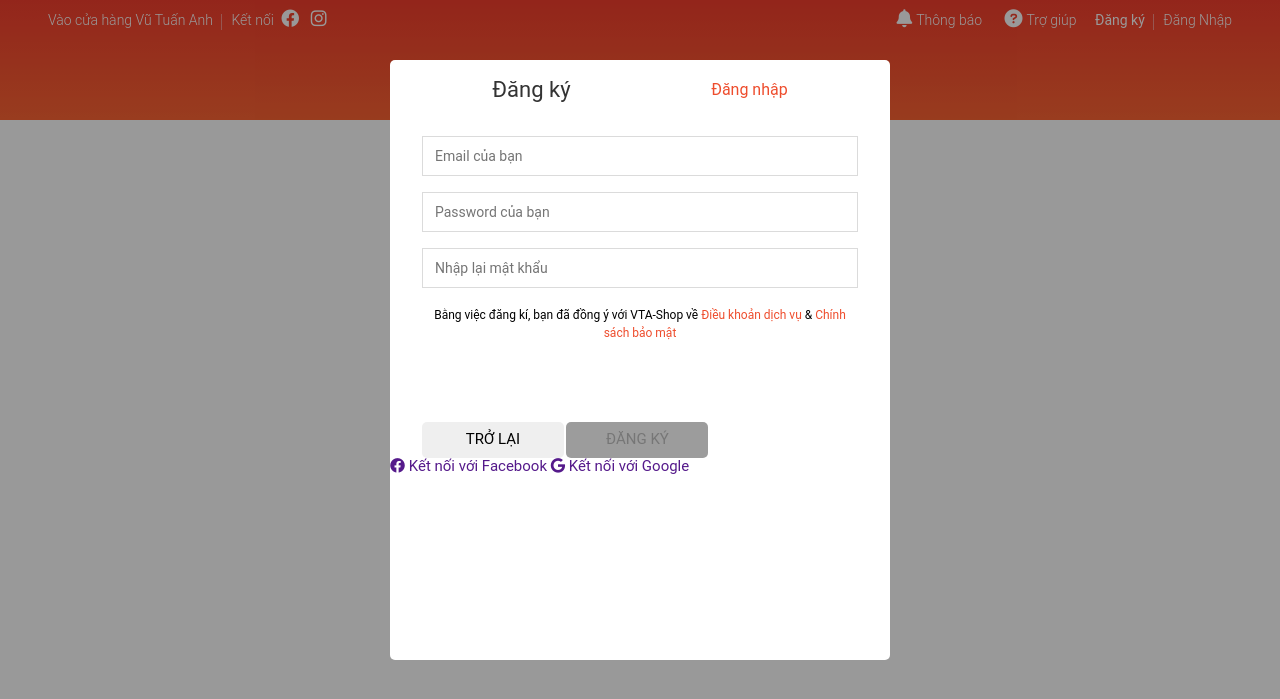
Repository: VuTuanAnh0949/Shopee
Page: index.html
These files come from the project's save history. The page is drawn as it stood at one moment and after the next save; the edit follows.
The browser window is 1280 px wide. The pictures show the whole page.

Above is the page before, as saved 2022-02-15 09:21:34.

After the next save:
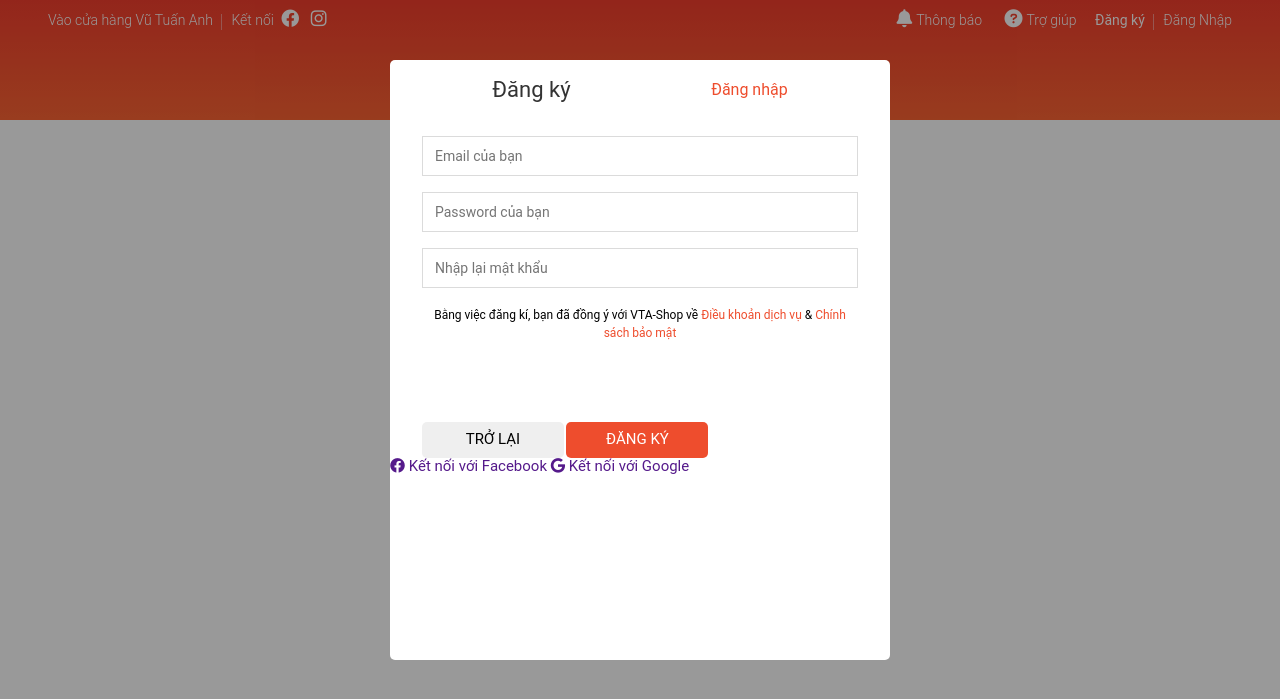
Saved 22 s later.
--- a/index.html
+++ b/index.html
@@ -132,7 +132,7 @@
                     </div>
                     <div class="auth-form__controls">
                         <button class="btn">TRỞ LẠI</button>
-                        <button class="btn btn--primary btn-disabled">ĐĂNG KÝ</button>
+                        <button class="btn btn--primary">ĐĂNG KÝ</button>
                     </div>
                 </div>
                 <div class="auth-form__socials">
